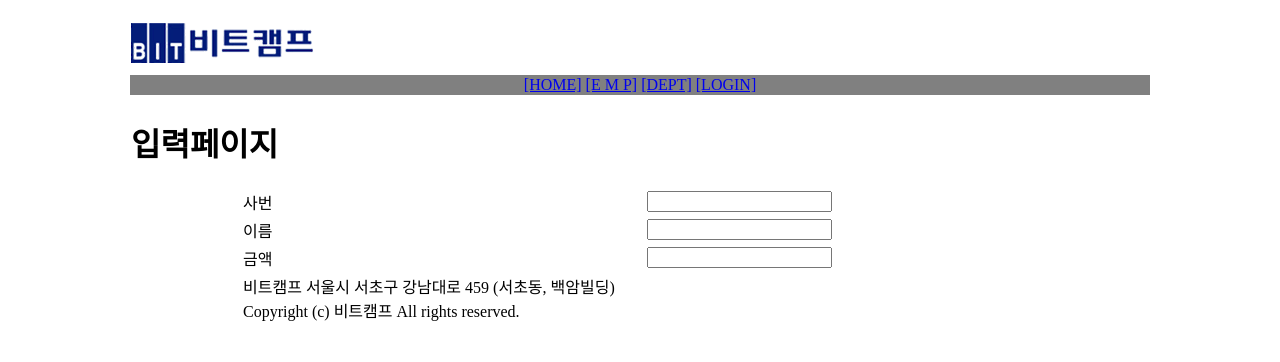
Repository: kwakjaeyeon/webWorkspace
Page: http://localhost/web06/add.jsp
The author's editor kept a copy of each file at every save. The page is drawn from the files as they stood at one save, then again after the next save.
The browser window is 1280 px wide. The pictures show the whole page.
The page is served by Tomcat 9.

Above is the page before, as saved 2020-07-06 06:18:40.

After the next save:
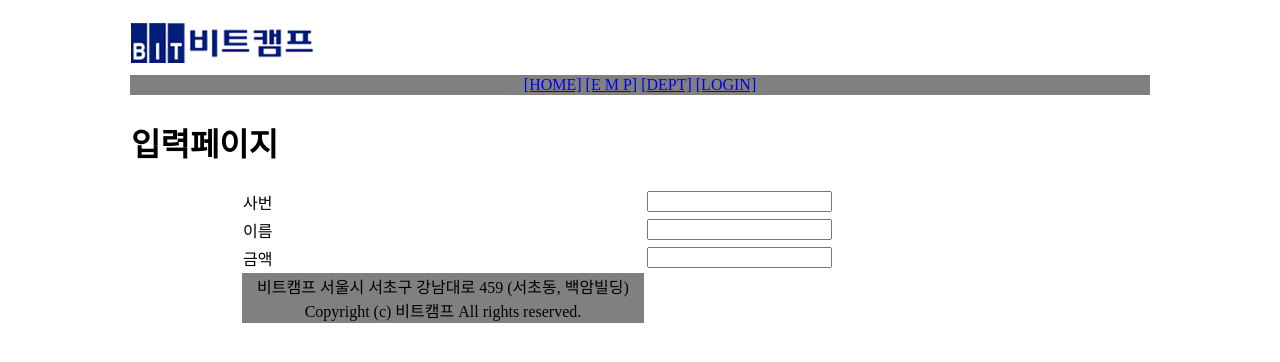
Saved 11 s later.
--- a/web06/WebContent/add.jsp
+++ b/web06/WebContent/add.jsp
@@ -60,7 +60,7 @@
 			</td>
 		</tr>
 		<tr>
-			<td>
+			<td bgcolor = "gray" align = "center">
 			비트캠프 서울시 서초구 강남대로 459 (서초동, 백암빌딩)<br>
 			Copyright (c) 비트캠프 All rights reserved.<br>
 			</td>
